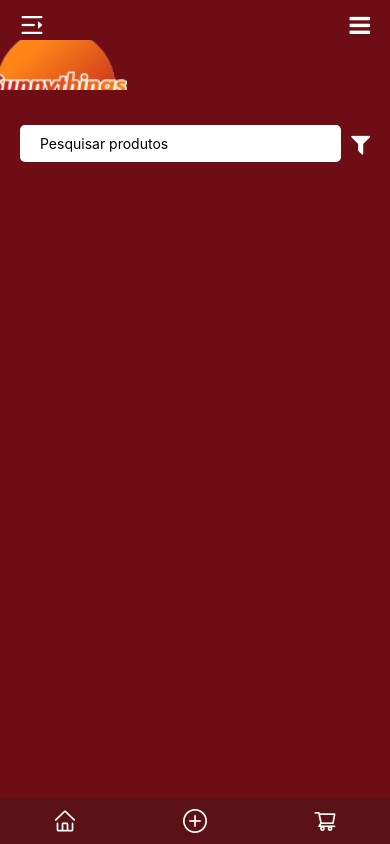
Repository: Luizzzin/SuperMercado
Screen: / (app in suny/)
An editor plug-in stored every save of this project. The screen is shown before and after the next save, followed by the edit.
The app was drawn by React Native's web renderer in a window 390 px wide. The project was rebuilt for these pictures with package versions that can differ from the ones it lists, and the page was loaded fresh each time.

Above is the screen before, as saved 2024-05-09 19:48:09.

After the next save:
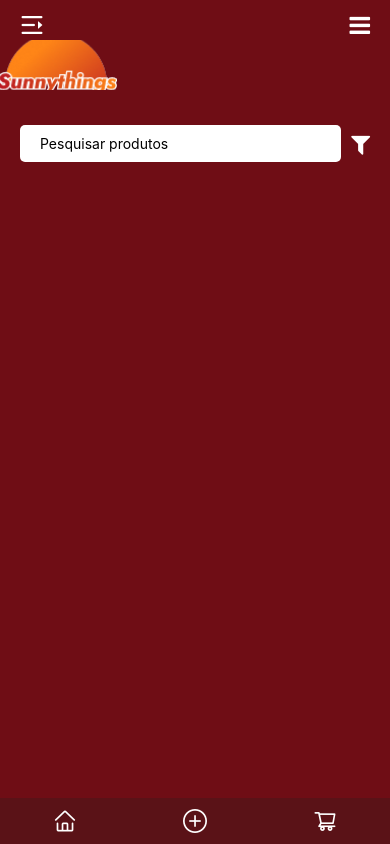
Saved 9 s later.
--- a/suny/HomeScreen.js
+++ b/suny/HomeScreen.js
@@ -66,7 +66,7 @@
     paddingTop: 0,
   },
   logo: {
-    width: 140,
+    width: 120,
     height: 50,
     right: 140,
     top: 40,
